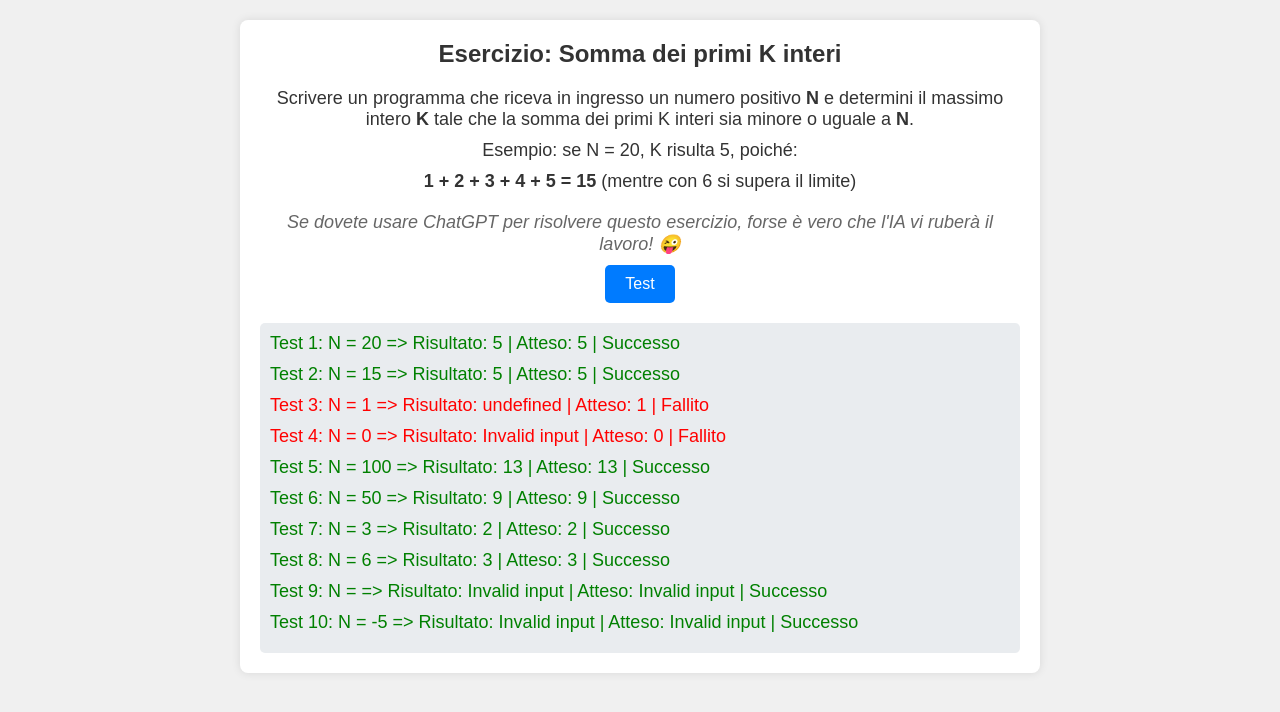
Repository: JoseManuel-Feliz/merenda1
Page: index.html
The author's editor kept a copy of each file at every save. The page is drawn from the files as they stood at one save, then again after the next save.
The browser window is 1280 px wide. The pictures show the whole page.
After loading, the first visible `#run-tests` was clicked once.

Above is the page before, as saved 2024-10-01 17:23:56.

### index.html
<!DOCTYPE html>
<html lang="it">

<head>
    <meta charset="UTF-8">
    <meta name="viewport" content="width=device-width, initial-scale=1.0">
    <title>Esercizio Somma di K Interi</title>
    <link rel="stylesheet" href="style.css">
</head>

<body>
    <div class="container">
        <h1>Esercizio: Somma dei primi K interi</h1>
        <p>
            Scrivere un programma che riceva in ingresso un numero positivo <strong>N</strong>
            e determini il massimo intero <strong>K</strong> tale che la somma dei primi K interi
            sia minore o uguale a <strong>N</strong>.
        </p>
        <p>Esempio: se N = 20, K risulta 5, poiché:</p>
        <p><strong>1 + 2 + 3 + 4 + 5 = 15</strong> (mentre con 6 si supera il limite)</p>
        <p style="margin-top: 20px; font-style: italic; color: #666;">
            Se dovete usare ChatGPT per risolvere questo esercizio, forse è vero che l'IA vi ruberà il lavoro! 😜
        </p>

        <button id="run-tests">Test</button>
        <div id="results"></div>
    </div>
    <script src="merenda.js"></script>
    <script src="script.js"></script>
</body>

</html>

### style.css
* {
    box-sizing: border-box;
    margin: 0;
    padding: 0;
}

body {
    font-family: Arial, sans-serif;
    background-color: #f0f0f0;
    color: #333;
    padding: 20px;
}

.container {
    max-width: 800px;
    margin: 0 auto;
    padding: 20px;
    background-color: #fff;
    border-radius: 8px;
    box-shadow: 0 0 10px rgba(0, 0, 0, 0.1);
    text-align: center;
}

h1 {
    font-size: 24px;
    margin-bottom: 20px;
}

p {
    font-size: 18px;
    margin-bottom: 10px;
}

button {
    padding: 10px 20px;
    font-size: 16px;
    border: none;
    background-color: #007bff;
    color: #fff;
    border-radius: 5px;
    cursor: pointer;
}

button:hover {
    background-color: #0056b3;
}

#results {
    margin-top: 20px;
    padding: 10px;
    background-color: #e9ecef;
    border-radius: 5px;
    text-align: left;
}

### merenda.js
function sommaInteri(N) {
    let somma = 0;
    let count = 0;

    if (N < 1 || !N || isNaN(N)) {
        return 'Invalid input';
    }
    for (let i = 1; i <= N; i++) {
        if (somma + i > N) {
            return count;
        }
        somma += i;
        console.log(somma)
        count++;
        console.log(count)
    }
}

### script.js
document.getElementById('run-tests').addEventListener('click', function () {
    const resultsContainer = document.getElementById('results');
    resultsContainer.innerHTML = '';

    const testCases = [
        { N: 20, expected: 5 },
        { N: 15, expected: 5 },
        { N: 1, expected: 1 },
        { N: 0, expected: 0 },
        { N: 100, expected: 13 },
        { N: 50, expected: 9 },
        { N: 3, expected: 2 },
        { N: 6, expected: 3 },
        { N: '', expected: 'Invalid input' },
        { N: -5, expected: 'Invalid input' },
    ];

    testCases.forEach((test, index) => {
        try {
            const result = sommaInteri(test.N);
            const passed = result === test.expected;
            const message = `Test ${index + 1}: N = ${test.N} => Risultato: ${result} | Atteso: ${test.expected} | ${passed ? 'Successo' : 'Fallito'}`;
            const resultElement = document.createElement('p');
            resultElement.textContent = message;
            resultElement.style.color = passed ? 'green' : 'red';
            resultsContainer.appendChild(resultElement);
        } catch (error) {
            const message = `Test ${index + 1}: N = ${test.N} ha generato un errore: ${error.message}`;
            const resultElement = document.createElement('p');
            resultElement.textContent = message;
            resultElement.style.color = 'red';
            resultsContainer.appendChild(resultElement);
        }
    });
});

After the next save:
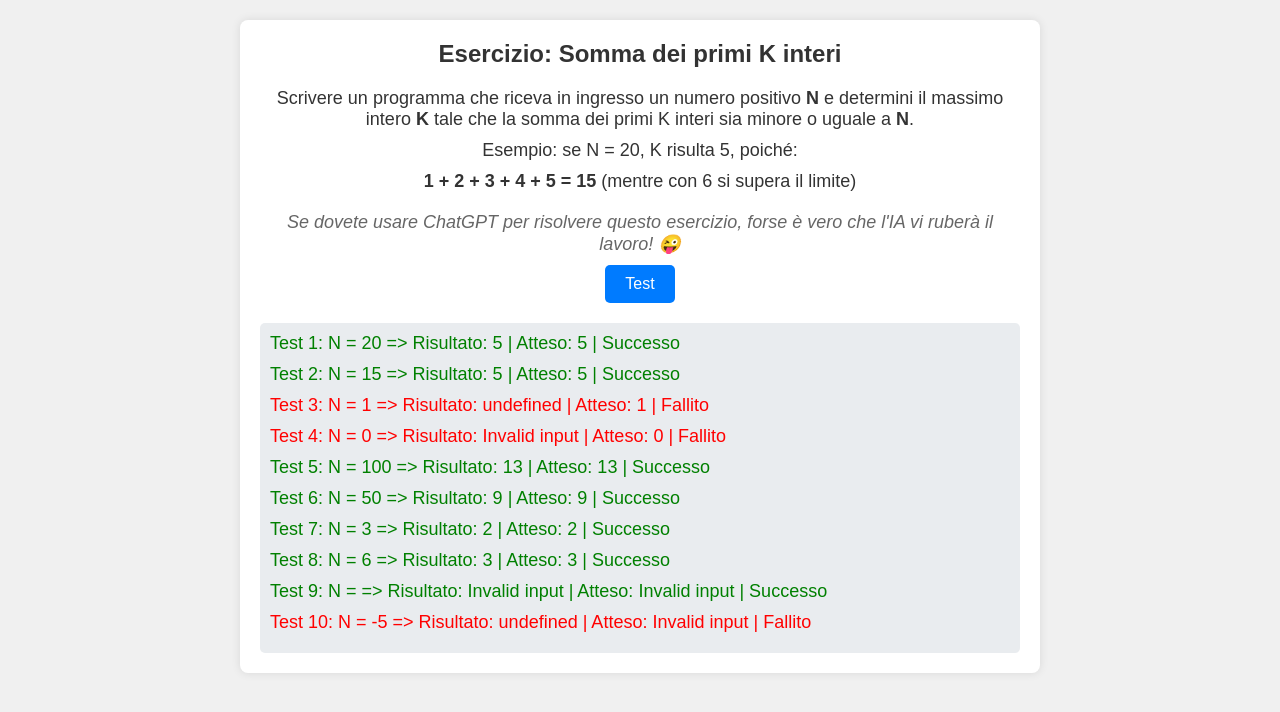
Saved 35 s later.
--- a/merenda.js
+++ b/merenda.js
@@ -2,7 +2,7 @@
     let somma = 0;
     let count = 0;
 
-    if (N < 1 || !N || isNaN(N)) {
+    if (!N || isNaN(N)) {
         return 'Invalid input';
     }
     for (let i = 1; i <= N; i++) {

After the 2 saves that followed:
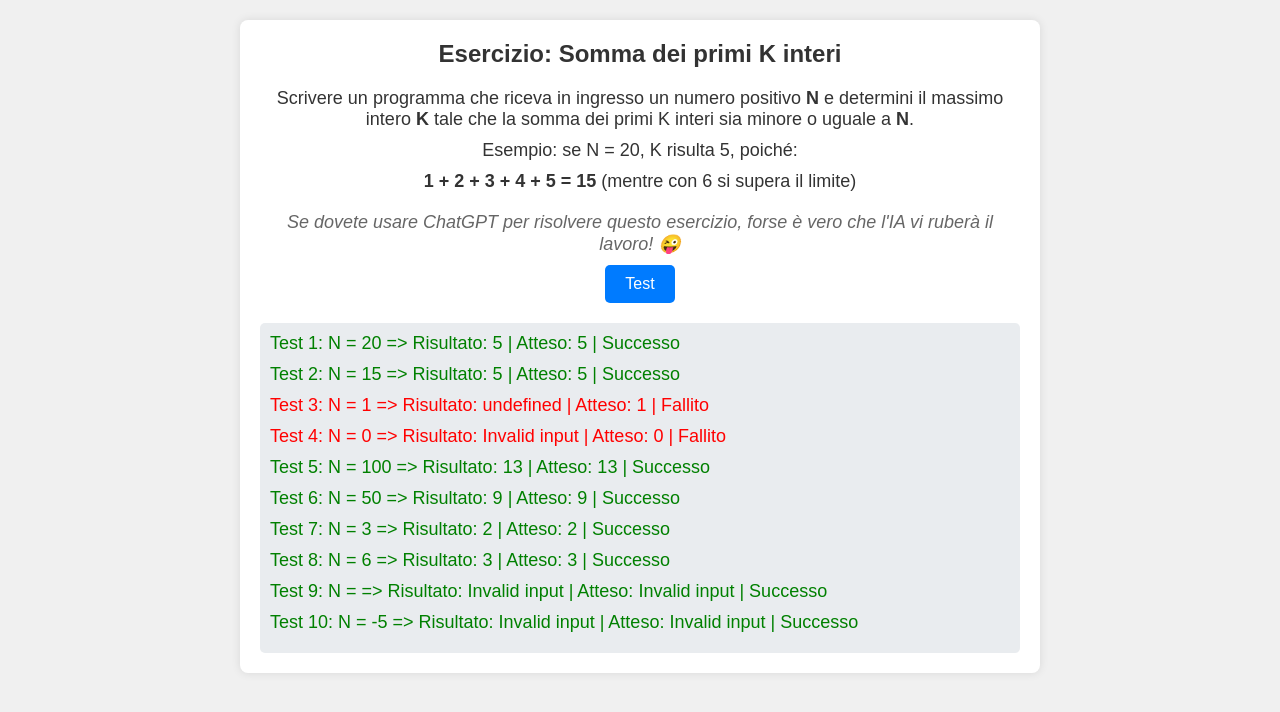
The 2 saves are shown as one change because 1 left the picture as it was.
The last was saved 118 s later.
--- a/merenda.js
+++ b/merenda.js
@@ -2,7 +2,7 @@
     let somma = 0;
     let count = 0;
 
-    if (!N || isNaN(N)) {
+    if (N < 0 || !N || isNaN(N)) {
         return 'Invalid input';
     }
     for (let i = 1; i <= N; i++) {
